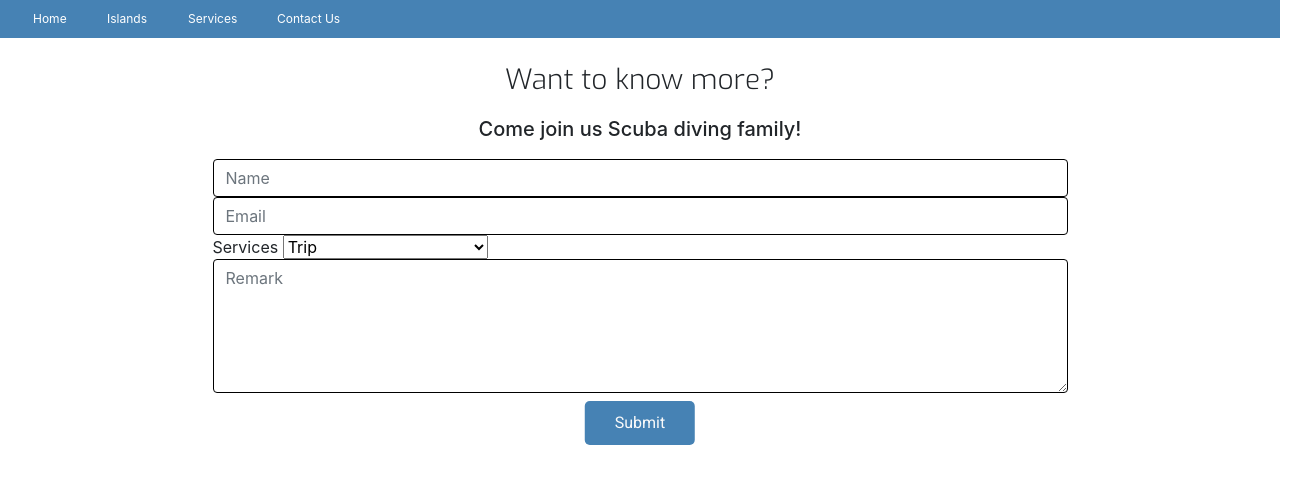
Repository: Code-Institute-Submissions/cathyann-diving.github.io
Page: contact.html
The author's editor kept a record of every edit. The page is drawn from the files as they stood at one moment, then again after the next edit.
The browser window is 1280 px wide. The page is 1280 px wide, then 1295 px, so the pictures cover 1295 px, including what lies to the right of the window. The pictures show the whole page.

Above is the page before.

After the next edit:
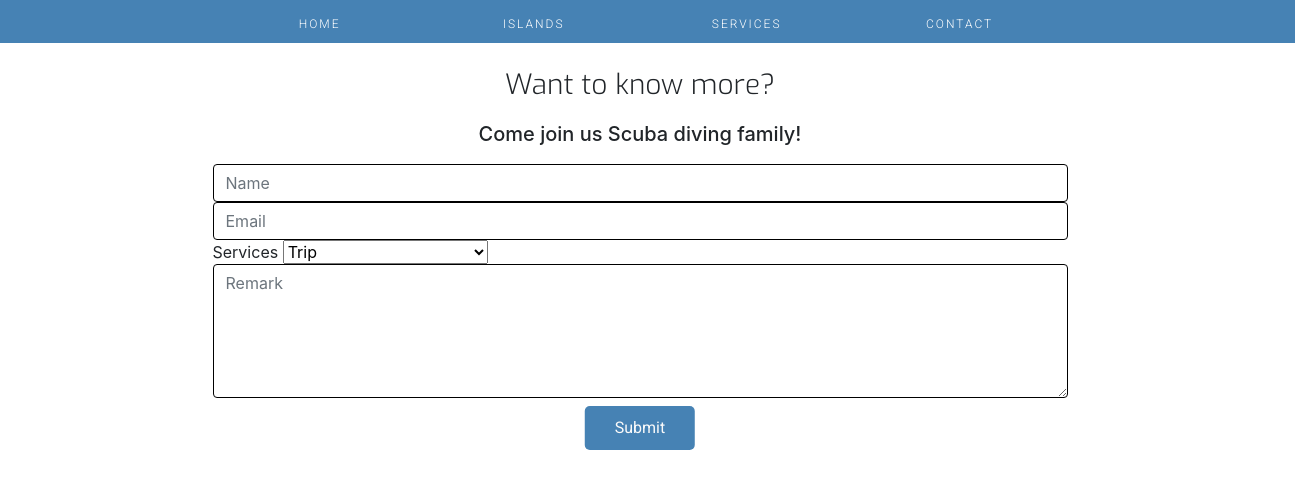
The edit:
--- a/contact.html
+++ b/contact.html
@@ -13,22 +13,26 @@
 </head>
 
 <body>
-    <div class="navbar">
-        <div class="col">
-            <ul id="nav" class="list-inline">
-                <li class="ui-menu-color-home list-inline-item">
-                    <a href="#" class="hvr-sweep-to-bottom"><span>Home</span></a>
-                </li>
-                <li class="ui-menu-color-islands list-inline-item">
-                    <a href="#" class="hvr-sweep-to-bottom"><span>Islands</span></a>
-                </li>
-                <li class="ui-menu-color-services list-inline-item">
-                    <a href="#" class="hvr-sweep-to-bottom"><span>Services</span></a>
-                </li>
-                <li class="ui-menu-color-contact-us list-inline-item">
-                    <a href="#" target="_blank" class="hvr-sweep-to-bottom"><span>Contact Us</span></a>
-                </li>
-            </ul>
+    <div class="row">
+        <div class="navbar">
+            <div class="col">
+                <ul id="nav" class="list-inline menucontainer">
+                    <li class="col-0 col-sm-0 col-lg-2 list-inline-item menuitem"></li>
+                    <li class="col-6 col-sm-3 col-lg-2 list-inline-item menuitem">
+                        <a href="home.html" class="hvr-sweep-to-bottom"><span>Home</span></a>
+                    </li>
+                    <li class="col-6 col-sm-3 col-lg-2 list-inline-item menuitem">
+                        <a href="#" class="hvr-sweep-to-bottom"><span>Islands</span></a>
+                    </li>
+                    <li class="col-6 col-sm-3 col-lg-2 list-inline-item menuitem">
+                        <a href="#" class="hvr-sweep-to-bottom"><span>Services</span></a>
+                    </li>
+                    <li class="col-6 col-sm-3 col-lg-2 list-inline-item menuitem">
+                        <a href="#" target="_blank" class="hvr-sweep-to-bottom"><span>Contact</span></a>
+                    </li>
+                    <li class="col-0 col-sm-0 col-lg-2 list-inline-item menuitem"></li>
+                </ul>
+            </div>
         </div>
     </div>
     <section class="container-fluid">
